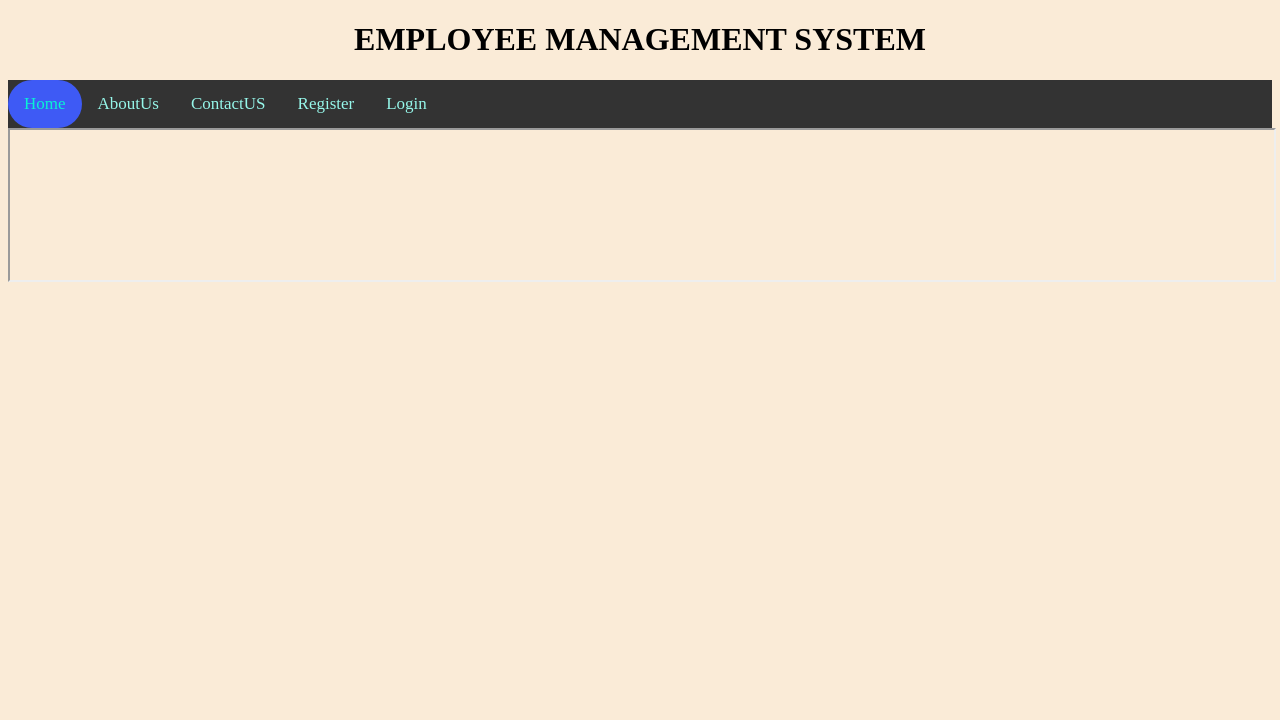
Repository: gajanansp07/Advance_Java_Practice
Page: http://localhost/JDBCCURD/Home.jsp
The author's editor kept a copy of each file at every save. The page is drawn from the files as they stood at one save, then again after the next save.
The browser window is 1280 px wide. The pictures show the whole page.
The page is served by Tomcat 9.

Above is the page before, as saved 2022-03-16 12:41:18.

### JDBCCURD/src/main/webapp/Home.jsp
<%@ page language="java" contentType="text/html; charset=ISO-8859-1"
    pageEncoding="ISO-8859-1"%>
<!DOCTYPE html>
<html>
<head>
<meta charset="ISO-8859-1">
<title>Insert title here</title>
<style>
body{
background-color: antiquewhite;
}
    .topnav {
  background-color: #333;
  overflow: hidden;
}
    .topnav a {
  float: left;
  color: #96f7ea;
  text-align: center;
  padding: 14px 16px;
  text-decoration: none;
  font-size: 17px;
  border-radius: 2em;
}

/* Change the color of links on hover */
.topnav a:hover {
  background-color: rgb(62, 90, 245);
  color: black;
  border-radius: 2em;
}

/* Add a color to the active/current link */
.topnav a.active {
  background-color: rgb(62, 90, 245);
  color: #09f3d4;
  border-radius: 2em;
}
div#header {
    background-color: antiquewhite;
    text-align: center;
}
</style>
</head>
<body>
    <div id="header">
        <h1>EMPLOYEE MANAGEMENT SYSTEM</h1>
    </div>
    <div class="topnav">
        <a class="active" href="Home.jsp">Home</a>
        <a href="aboutus.jsp" target="iframe_home" >AboutUs</a>
        <a href="contactus.jsp" target="iframe_home" >ContactUS</a>
        <a href="register.jsp" target="iframe_home" >Register</a>
        <a href="login.jsp" target="iframe_home" >Login</a>
      </div>
      <iframe name="iframe_home" height="80%" width="100%" title="Iframe Example"></iframe>

</body>
</html>

After the next save:
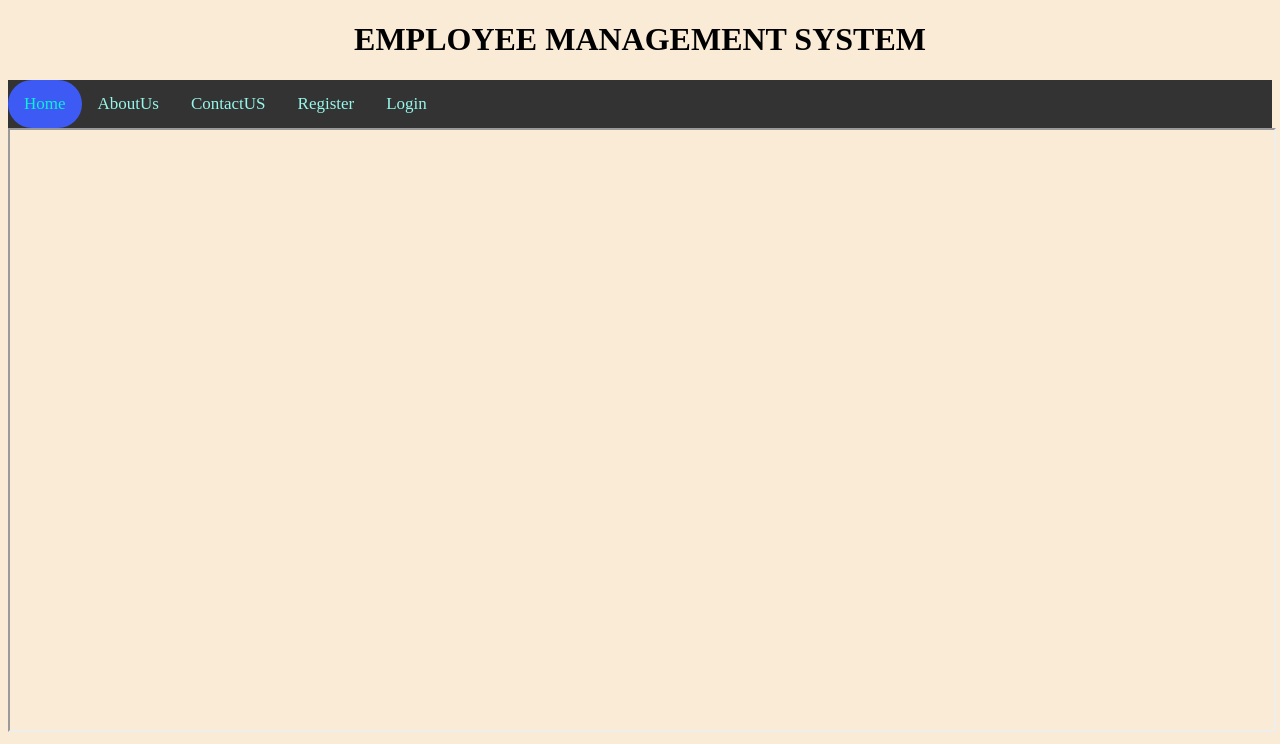
Saved 38 s later.
--- a/JDBCCURD/src/main/webapp/Home.jsp
+++ b/JDBCCURD/src/main/webapp/Home.jsp
@@ -53,7 +53,7 @@ div#header {
         <a href="register.jsp" target="iframe_home" >Register</a>
         <a href="login.jsp" target="iframe_home" >Login</a>
       </div>
-      <iframe name="iframe_home" height="80%" width="100%" title="Iframe Example"></iframe>
+      <iframe name="iframe_home" height="600px" width="100%" title="Iframe Example"></iframe>
 
 </body>
 </html>
